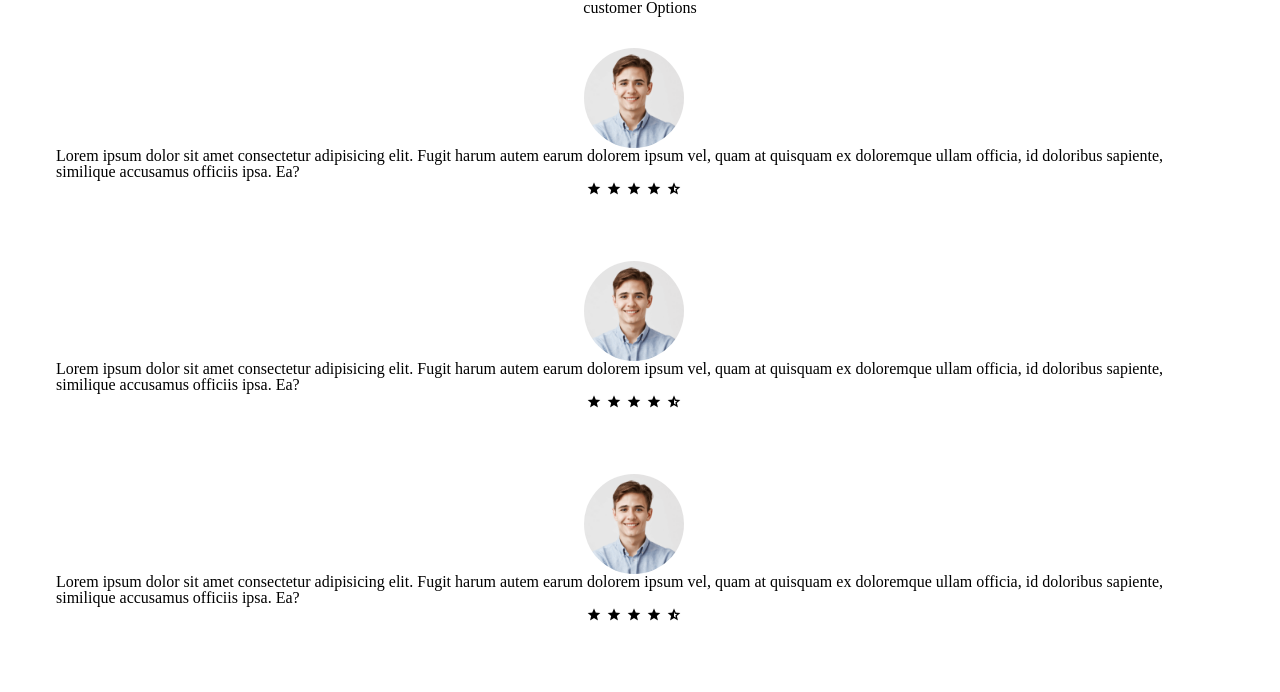
Repository: dinhhaidh/slider-3
Page: index.html
These files come from the project's save history. The page is drawn as it stood at one moment and after the next save; the edit follows.
The browser window is 1280 px wide. The pictures show the whole page.

Above is the page before, as saved 2024-03-22 20:14:22.

After the next save:
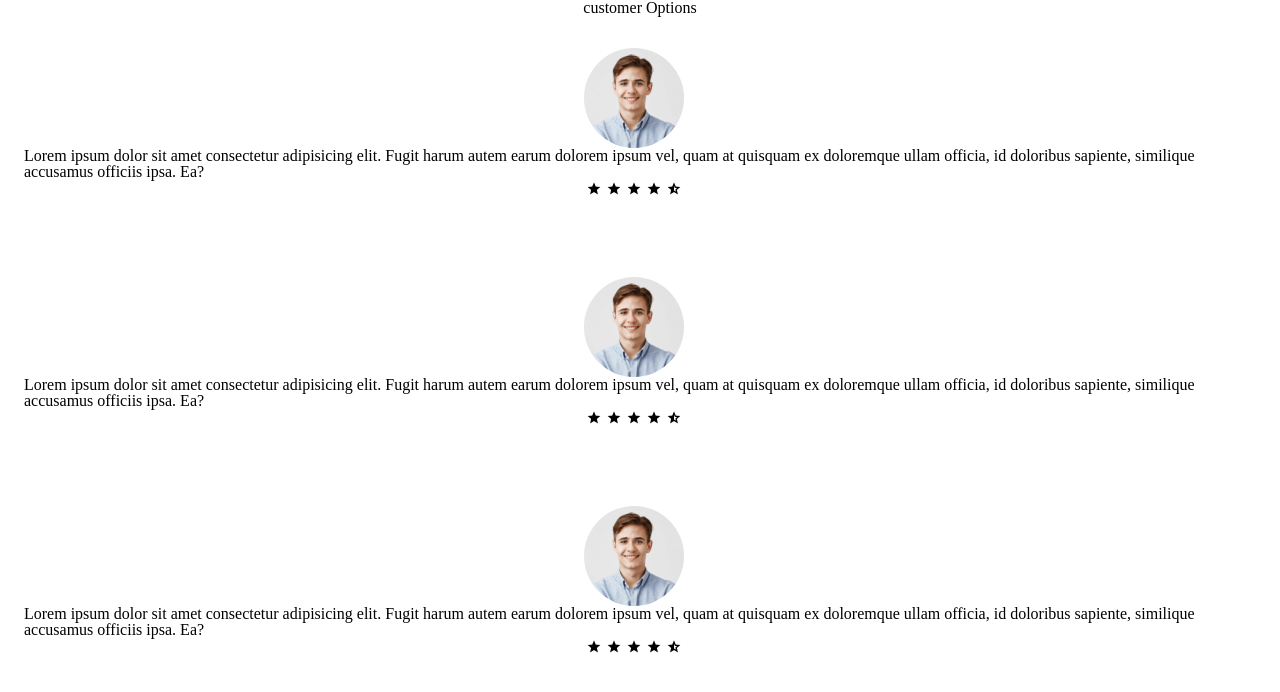
Saved 4 s later.
--- a/style.css
+++ b/style.css
@@ -56,7 +56,7 @@ body {
     align-items: center;
     justify-content: center;
     flex-direction: column;
-    padding: 2rem ;
+    padding: 2rem 0 3rem;
 }
 .customer__img{
     width: 100px;
